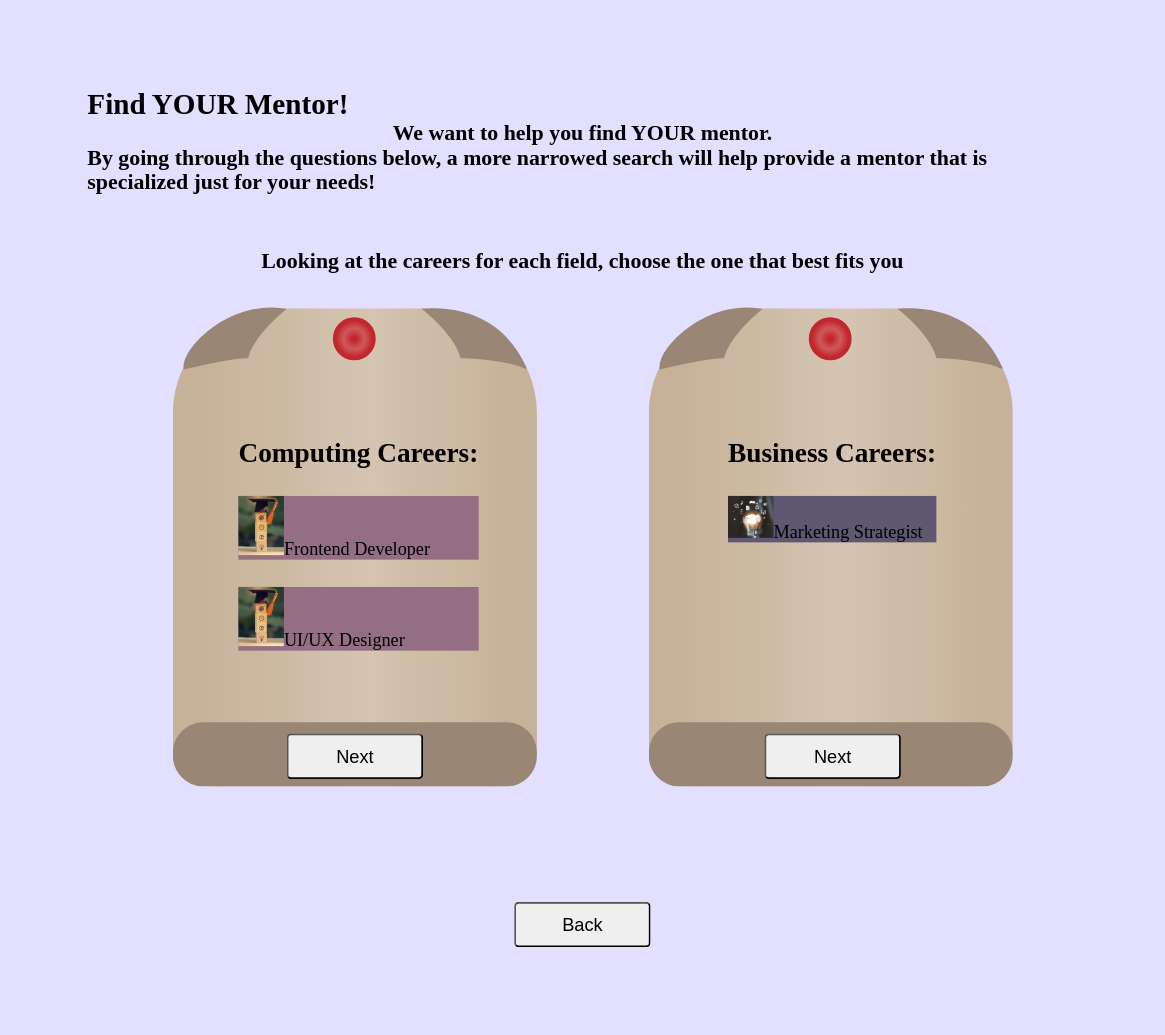
Repository: anikagrewal/week3example
Page: /about
An editor plug-in stored every save of this project. The page is shown before and after the next save, followed by the edit.
The browser window is 1280 px wide. The pictures show the whole page, at 91% of full size.
The project was rebuilt for these pictures with package versions that can differ from the ones it lists, and the page was loaded fresh each time. The framework's server and built-in components were replaced by stand-ins that run in the browser. Also part of the build but not shown: next.config.js.

Above is the page before, as saved 2023-01-23 14:57:40.

### pages/about.js
import Head from 'next/head'
import Image from 'next/image'
import { Inter } from '@next/font/google'
import styles from '@/styles/About.module.css'
import data from '../data/workplace.json'
import { useState } from 'react'
import CardEmployee from '../components/CardEmployee'
import Link from 'next/link'

const inter = Inter({ subsets: ['latin'] })

console.log(data);
export default function About() {

    const [information, setInformation] = useState([...data])

    return (
        <>
        <Head>
        <title>About Page</title>
        <meta name="description" content="Generated by create next app" />
        <meta name="viewport" content="width=device-width, initial-scale=1" />
        <link rel="icon" href="/favicon.ico" />
      </Head>
      <main className={styles.main}>

      <div className={styles.headerstyle}>
      <h1>Find YOUR Mentor!</h1>
        <h2 className={styles.busdeg}>We want to help you find YOUR mentor.</h2>
        <h2 className={styles.busdeg}>By going through the questions below, a more narrowed search will help provide a mentor that is specialized just for your needs!</h2>
      </div>

      <div className={styles.careerinfo}>
      <h2 className={styles.busdeg}>Looking at the careers for each field, choose the one that best fits you</h2>
      </div>


        <div className={styles.grid}>
        <div className={styles.gridlayout}>

          <div className={styles.comlay}>
        <h2 className={styles.busdeg}>Computing Careers: </h2>
        {information && information.map((info, index) => {
          if(info.graduate === "computing") {
            return (
              <div key={index}>
                <CardEmployee role={info.role} colour="#946E83" font="20px"/>
              </div>
            )
          }


        })}
       </div>

<div className={styles.buslay}>

        <h2 className={styles.busdeg}>Business Careers: </h2>
        {information && information.map((info, index) => {
          if(info.graduate === "business") {
            return (
              <div key={index}>
                <CardEmployee role={info.role} colour="#605770" font="20px"/>
              </div>
            )
          }


})}

</div>


<div className={styles.scrolls}>
<Image
className={styles.scrollone}
width={400}
height={600}
src={'vector/mentor.svg'}
/>
<Image
className={styles.scrolltwo}
width={400}
height={600}
src={'vector/mentor.svg'}
/>
</div>
</div>
<button className={styles.nextbtnone}>Next</button>
<button className={styles.nextbtntwo}>Next</button>
</div>
<button className={styles.back}> <Link href="home">Back</Link></button>
</main>
</>
    )
}

### styles/globals.css
:root {
  --max-width: 1100px;
  --border-radius: 12px;
  --font-mono: ui-monospace, Menlo, Monaco, 'Cascadia Mono', 'Segoe UI Mono',
    'Roboto Mono', 'Oxygen Mono', 'Ubuntu Monospace', 'Source Code Pro',
    'Fira Mono', 'Droid Sans Mono', 'Courier New', monospace;

  --foreground-rgb: #E3DFFF;
  --background-start-rgb: #E3DFFF;
  --background-end-rgb: #E3DFFF;
  --background-body-color: #E3DFFF;

  --primary-glow: conic-gradient(
    from 180deg at 50% 50%,
    #16abff33 0deg,
    #0885ff33 55deg,
    #54d6ff33 120deg,
    #0071ff33 160deg,
    transparent 360deg
  );
  --secondary-glow: radial-gradient(
    rgba(#E3DFFF, 1),
    rgba(#E3DFFF, 0)
  );

  --tile-start-rgb: 239, 245, 249;
  --tile-end-rgb: 228, 232, 233;
  --tile-border: conic-gradient(
    #00000080,
    #00000040,
    #00000030,
    #00000020,
    #00000010,
    #00000010,
    #00000080
  );

  --callout-rgb: #E3DFFF;
  --callout-border-rgb: 172, 175, 176;
  --card-rgb: 180, 185, 188;
  --card-border-rgb: 131, 134, 135;
}

@media (prefers-color-scheme: light) {
  :root {
    --foreground-rgb: #E3DFFF;
    --background-start-rgb: 0, 0, 0;
    --background-end-rgb: 0, 0, 0;

    --primary-glow: radial-gradient(rgba(1, 65, 255, 0.4), rgba(1, 65, 255, 0));
    --secondary-glow: linear-gradient(
      to bottom right,
      rgba(1, 65, 255, 0),
      rgba(1, 65, 255, 0),
      rgba(1, 65, 255, 0.3)
    );

    --tile-start-rgb: 2, 13, 46;
    --tile-end-rgb: 2, 5, 19;
    --tile-border: conic-gradient(
      #ffffff80,
      #ffffff40,
      #ffffff30,
      #ffffff20,
      #ffffff10,
      #ffffff10,
      #ffffff80
    );

    --callout-rgb: 20, 20, 20;
    --callout-border-rgb: 108, 108, 108;
    --card-rgb: 100, 100, 100;
    --card-border-rgb: 200, 200, 200;
  }
}

* {
  box-sizing: border-box;
  padding: 0;
  margin: 0;
}

html,
body {
  max-width: 100vw;
  overflow-x: hidden;
}

body {
  color: rgb(var(--foreground-rgb));
  background: linear-gradient(
      to bottom,
      transparent,
      rgb(var(--background-end-rgb))
    )
    rgb(var(--background-start-rgb));
}

a {
  color: inherit;
  text-decoration: none;
}

@media (prefers-color-scheme: dark) {
  html {
    color-scheme: light;
  }
}

### styles/About.module.css
.main {
    display: flex;
    flex-direction: column;
    justify-content: space-between;
    align-items: center;
    padding: 6rem;
    min-height: 100vh;
    background-color: var(--background-body-color);
  }

  .description {
    display: inherit;
    justify-content: inherit;
    align-items: inherit;
    font-size: 0.85rem;
    max-width: var(--max-width);
    width: 100%;
    z-index: 2;
    font-family: var(--font-mono);
  }

  .description a {
    display: flex;
    justify-content: center;
    align-items: center;
    gap: 0.5rem;
  }

  .description p {
    position: relative;
    margin: 0;
    padding: 1rem;
    background-color: rgba(var(--callout-rgb), 0.5);
    border: 1px solid rgba(var(--callout-border-rgb), 0.3);
    border-radius: var(--border-radius);
  }

  .code {
    font-weight: 700;
    font-family: var(--font-mono);
  }

  .grid {
    display: grid;
    grid-template-columns: (4, minmax(25%, auto));
    width: var(--max-width);
    max-width: 100%;
    justify-content: center;
  }

  .gridlayout {
    display: flex;
    flex-direction: column;
   gap: 70px;
  }

  .card {
    padding: 1rem 1.2rem;
    border-radius: var(--border-radius);
    background: rgba(var(--card-rgb), 0);
    border: 1px solid rgba(var(--card-border-rgb), 0);
    transition: background 200ms, border 200ms;
  }

  .card span {
    display: inline-block;
    transition: transform 200ms;
  }

  .card h2 {
    font-weight: 600;
    margin-bottom: 0.7rem;
  }

  .card p {
    margin: 0;
    opacity: 0.6;
    font-size: 0.9rem;
    line-height: 1.5;
    max-width: 30ch;
  }


  .headerstyles {
    display: flex;
    justify-content: center;
    align-items: center;
    gap: 10px;
  }

  .careerinfo {
    margin-top: 60px;
  }

  .busdeg {
    display: flex;
    justify-content: center;
  }

  .compdeg {
    display: flex;
    justify-content: center;
  }

  .button {
    width: 150px;
    height: 50px;
    border-radius: 5px;
    font-size: 20px;
  }

  .nextbtnone {
    width: 150px;
    height: 50px;
    border-radius: 5px;
    font-size: 20px;
    margin-top: -185px;
    margin-left: 125px;
    z-index: 2;
  }

  .nextbtntwo {
    width: 150px;
    height: 50px;
    border-radius: 5px;
    font-size: 20px;
    margin-top: -185px;
    margin-left: 650px;
    z-index: 2;
  }

  .back {
    width: 150px;
    height: 50px;
    border-radius: 5px;
    font-size: 20px;
  }
  .comlay {
    margin-top: 180px;
  margin-left: 72px;
  position: absolute;
  z-index: 4;
  font-size: 20px;
  }

  .comlay {
    display: flex;
    flex-direction: column;
    gap: 30px;
  }

  .buslay {
    margin-top: 180px;
  margin-left: 610px;
  position: absolute;
  z-index: 4;
  font-size: 20px;
  }

  .buslay {
    display: flex;
    flex-direction: column;
    gap: 30px;
  }

 .scrolls {
  display: flex;
  justify-content: center;
  flex-direction: row;
  gap: 100px;
 }

  .scrollone {
    display: flex;
    justify-content: center;
    align-items: center;
    position: relative;
    z-index: 1;
    margin-left: 2.5%;
    margin-bottom: 10%;

  }

  .scrolltwo {
    display: flex;
    justify-content: center;
    align-items: center;
    position: relative;
    z-index: 1;
    margin-left: 2.5%;
    margin-bottom: 10%;

  }

  /* Conic Gradient Animation */
  .thirteen::before {
    animation: 6s rotate linear infinite;
    width: 200%;
    height: 200%;
    background: var(--tile-border);
  }

  /* Inner Square */
  .thirteen::after {
    inset: 0;
    padding: 1px;
    border-radius: var(--border-radius);
    background: linear-gradient(
      to bottom right,
      rgba(var(--tile-start-rgb), 1),
      rgba(var(--tile-end-rgb), 1)
    );
    background-clip: content-box;
  }

  /* Enable hover only on non-touch devices */
  @media (hover: hover) and (pointer: fine) {
    .card:hover {
      background: rgba(var(--card-rgb), 0.1);
      border: 1px solid rgba(var(--card-border-rgb), 0.15);
    }

    .card:hover span {
      transform: translateX(4px);
    }
  }

  @media (prefers-reduced-motion) {
    .thirteen::before {
      animation: none;
    }

    .card:hover span {
      transform: none;
    }
  }

  /* Mobile */
  @media (max-width: 700px) {
    .content {
      padding: 4rem;
    }

    .grid {
      grid-template-columns: 1fr;
      margin-bottom: 120px;
      max-width: 320px;
      text-align: center;
    }

    .card {
      padding: 1rem 2.5rem;
    }

    .card h2 {
      margin-bottom: 0.5rem;
    }

    .center {
      padding: 8rem 0 6rem;
    }

    .center::before {
      transform: none;
      height: 300px;
    }

    .description {
      font-size: 0.8rem;
    }

    .description a {
      padding: 1rem;
    }

    .description p,
    .description div {
      display: flex;
      justify-content: center;
      position: fixed;
      width: 100%;
    }

    .description p {
      align-items: center;
      inset: 0 0 auto;
      padding: 2rem 1rem 1.4rem;
      border-radius: 0;
      border: none;
      border-bottom: 1px solid rgba(var(--callout-border-rgb), 0.25);
      background: linear-gradient(
        to bottom,
        rgba(var(--background-start-rgb), 1),
        rgba(var(--callout-rgb), 0.5)
      );
      background-clip: padding-box;
      backdrop-filter: blur(24px);
    }

    .description div {
      align-items: flex-end;
      pointer-events: none;
      inset: auto 0 0;
      padding: 2rem;
      height: 200px;
      background: linear-gradient(
        to bottom,
        transparent 0%,
        rgb(var(--background-end-rgb)) 40%
      );
      z-index: 1;
    }
  }

  /* Tablet and Smaller Desktop */
  @media (min-width: 701px) and (max-width: 1120px) {
    .grid {
      grid-template-columns: repeat(2, 50%);
    }
  }

  @media (prefers-color-scheme: dark) {
    .vercelLogo {
      filter: invert(1);
    }

    .logo,
    .thirteen img {
      filter: invert(1) drop-shadow(0 0 0.3rem #ffffff70);
    }
  }

  @keyframes rotate {
    from {
      transform: rotate(360deg);
    }
    to {
      transform: rotate(0deg);
    }
  }

### data/workplace.json
[
    {
    "employeeNumber": "E2345",
    "firstName": "Joe",
    "role": "Frontend Developer",
    "position": "Junior",
    "graduate": "computing",
    "startDate": 2021
},
{
    "employeeNumber": "E6789",
    "firstName": "Alice",
    "role": "UI/UX Designer",
    "position": "Junior",
    "graduate": "computing",
    "startDate": 2020
},
{
    "employeeNumber": "E1011",
    "firstName": "Jane",
    "role": "Marketing Strategist",
    "position": "Junior",
    "graduate": "business",
    "startDate": 2022
}
]

### components/CardEmployee/index.js
export default function CardEmployee({
    role = "none",
    colour = "purple",
    font = "0",
    image = "icon/business.png"
}) {
    return(
        <div style={{backgroundColor: colour, fontSize:font}}>
            {
                colour === "#946E83" ? <img src={'icon/business.jpeg'} width="50"/> :
                colour === "#605770" ? <img src={'icon/computing.jpeg'} width="50"/>:
                                     <img src={image} width="50"/>
            }
            {role}
        </div>
    )
}

Loaded but not shown: pages/_app.js (common file); pages/_document.js (common file)

After the next save:
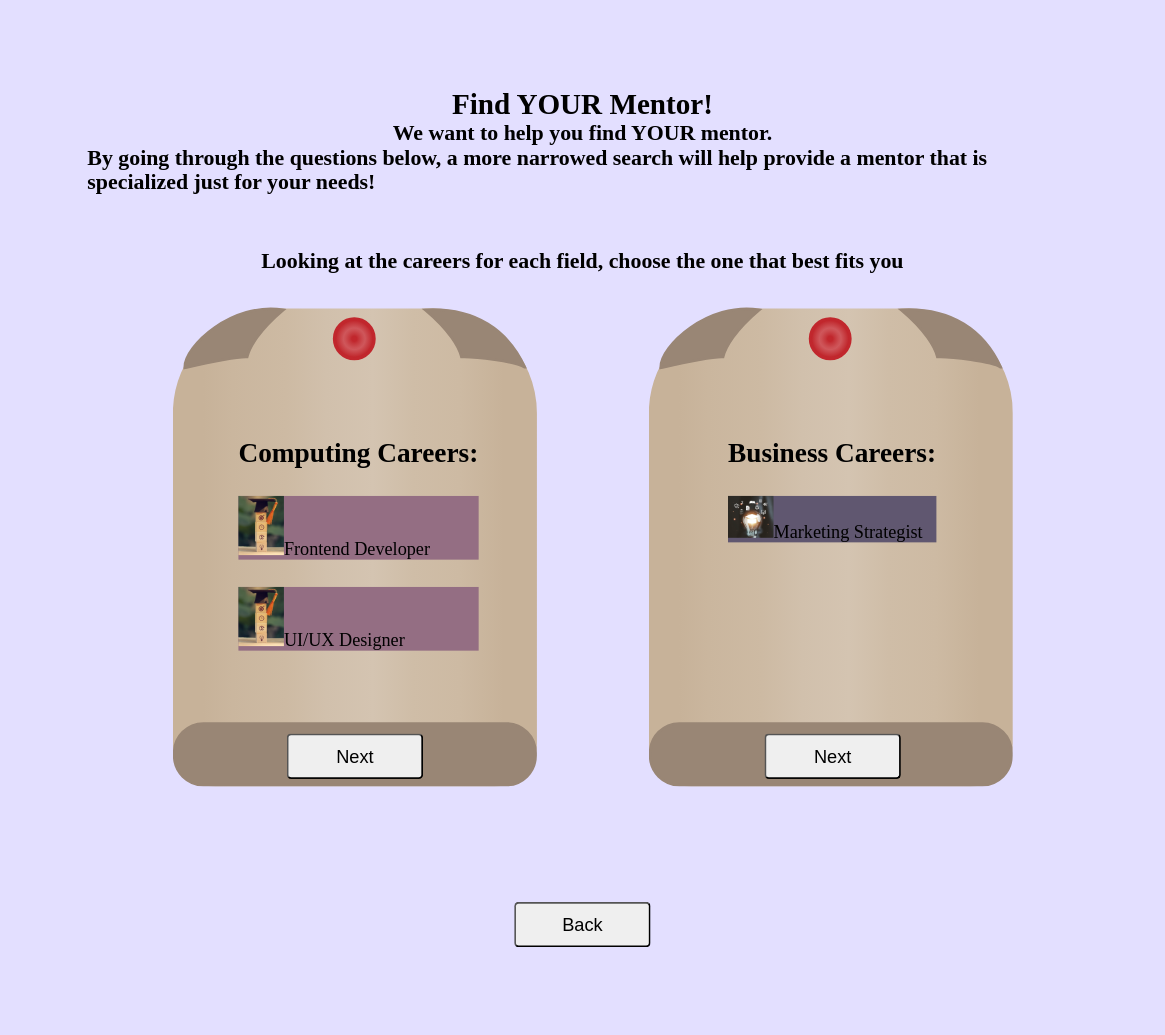
Saved 23 s later.
--- a/pages/about.js
+++ b/pages/about.js
@@ -25,7 +25,7 @@
       <main className={styles.main}>
 
       <div className={styles.headerstyle}>
-      <h1>Find YOUR Mentor!</h1>
+      <h1 className={styles.busdeg}>Find YOUR Mentor!</h1>
         <h2 className={styles.busdeg}>We want to help you find YOUR mentor.</h2>
         <h2 className={styles.busdeg}>By going through the questions below, a more narrowed search will help provide a mentor that is specialized just for your needs!</h2>
       </div>
